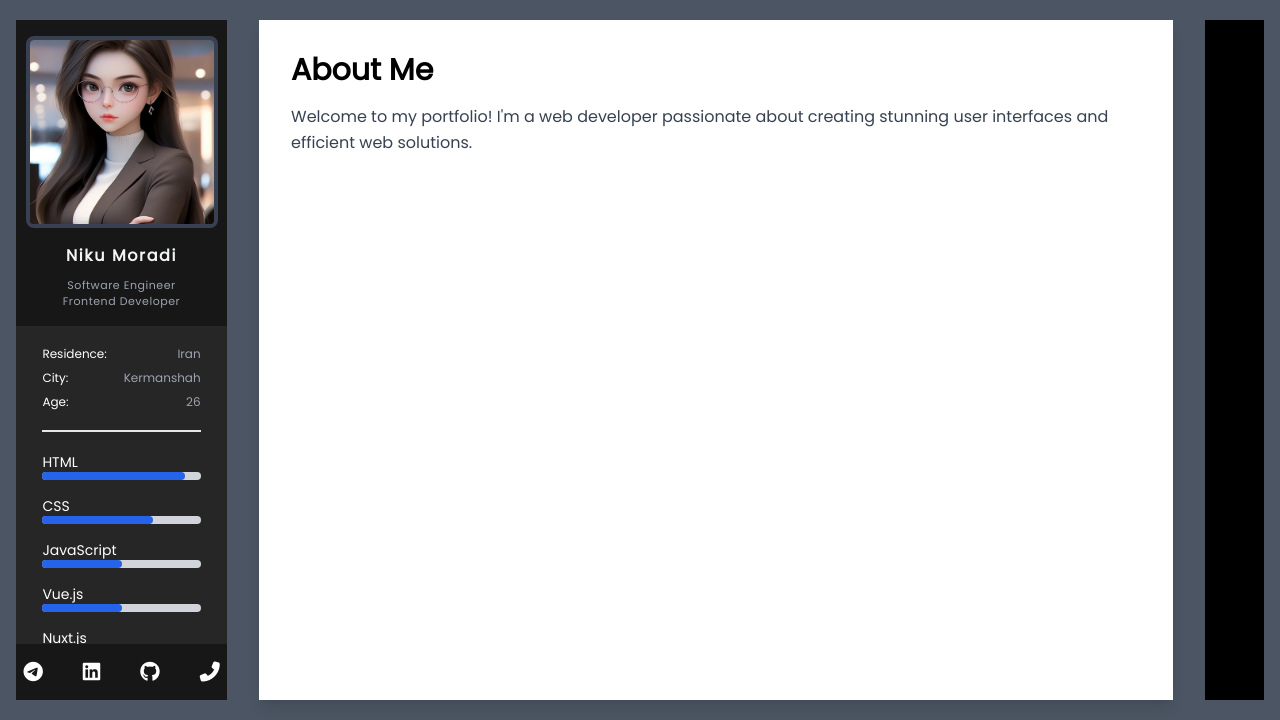
Repository: NikuMoradi/niku-moradi
Page: /
These files come from the project's save history. The page is drawn as it stood at one moment and after the next save; the edit follows.
The browser window is 1280 px wide. The pictures show the whole page.
The project was rebuilt for these pictures with package versions that can differ from the ones it lists, and the page was loaded fresh each time. The framework's server and built-in components were replaced by stand-ins that run in the browser. Also part of the build but not shown: nuxt.config.ts, components/Blog Posts/Component-Design.vue, components/Blog.vue, components/Contact.vue, components/Education.vue, components/Experience.vue, components/Hero.vue, components/Menu.vue and 3 more.

Above is the page before, as saved 2024-11-29 11:59:23.

### assets/css/main.css
@tailwind base;
@tailwind components;
@tailwind utilities;

body {
  /* From https://css.glass */
  background: #ffffff;
  font-family: "Poppins", sans-serif;
}

@layer utilities {
}

### components/LeftPanel.vue
<template>
  <div
    class="bg-neutral-800 text-white w-72 flex flex-col items-center"
    style="height: calc(100vh - 40px)"
  >
    <!-- Header-->
    <div
      class="w-full py-4 flex flex-col items-center justify-center bg-neutral-900"
    >
      <img
        src="../assets/img/photo_2024-11-28_10-37-05.jpg"
        alt="Profile Picture"
        class="w-48 h-48 mb-5 rounded-lg border-4 border-gray-700 object-cover object-center"
      />
      <h2
        class="text-gray-100 text-[16px] font-semibold tracking-widest leading-[16.8px] mb-3"
      >
        Niku Moradi
      </h2>
      <p
        class="text-gray-400 text-[11px] font-light tracking-wider leading-[16.5px]"
      >
        Software Engineer
      </p>
      <p
        class="text-gray-400 text-[11px] font-light tracking-wider leading-[16.5px]"
      >
        Frontend Developer
      </p>
    </div>

    <div class="w-3/4 flex flex-col overflow-y-auto scrollbar-hide">
      <!-- table -->
      <div class="py-5 text-xs">
        <ul class="space-y-2">
          <li class="flex justify-between">
            <h6>Residence:</h6>
            <span class="text-gray-400">Iran</span>
          </li>
          <li class="flex justify-between">
            <h6>City:</h6>
            <span class="text-gray-400">Kermanshah</span>
          </li>
          <li class="flex justify-between">
            <h6>Age:</h6>
            <span class="text-gray-400">26</span>
          </li>
        </ul>
      </div>
      <!-- divider -->
      <div class="w-full border border-t mb-5"></div>
      <!-- Skill Bars -->
      <div class="space-y-4 pb-5">
        <div>
          <label class="block text-sm">HTML</label>
          <div class="w-full bg-gray-300 h-2 rounded-full">
            <div class="bg-blue-600 h-2 rounded-full w-[90%]"></div>
          </div>
        </div>
        <div>
          <label class="block text-sm">CSS</label>
          <div class="w-full bg-gray-300 h-2 rounded-full">
            <div class="bg-blue-600 h-2 rounded-full w-[70%]"></div>
          </div>
        </div>
        <div>
          <label class="block text-sm">JavaScript</label>
          <div class="w-full bg-gray-300 h-2 rounded-full">
            <div class="bg-blue-600 h-2 rounded-full w-[50%]"></div>
          </div>
        </div>
        <div>
          <label class="block text-sm">Vue.js</label>
          <div class="w-full bg-gray-300 h-2 rounded-full">
            <div class="bg-blue-600 h-2 rounded-full w-[50%]"></div>
          </div>
        </div>
        <div>
          <label class="block text-sm">Nuxt.js</label>
          <div class="w-full bg-gray-300 h-2 rounded-full">
            <div class="bg-blue-600 h-2 rounded-full w-[40%]"></div>
          </div>
        </div>
        <div>
          <label class="block text-sm">Quasar</label>
          <div class="w-full bg-gray-300 h-2 rounded-full">
            <div class="bg-blue-600 h-2 rounded-full w-[70%]"></div>
          </div>
        </div>
        <div>
          <label class="block text-sm">Tailwind</label>
          <div class="w-full bg-gray-300 h-2 rounded-full">
            <div class="bg-blue-600 h-2 rounded-full w-[60%]"></div>
          </div>
        </div>
        <div>
          <label class="block text-sm">Git</label>
          <div class="w-full bg-gray-300 h-2 rounded-full">
            <div class="bg-blue-600 h-2 rounded-full w-[40%]"></div>
          </div>
        </div>
      </div>
    </div>

    <!-- Social Links -->
    <div class="w-full py-4 text-center mt-auto bg-neutral-900 text-white">
      <div class="space-x-10">
        <a
          href="https://t.me/yourusername"
          target="_blank"
          class="text-white hover:text-blue-400"
        >
          <i class="fab fa-telegram fa-lg"></i>
        </a>
        <a
          href="https://linkedin.com/in/yourusername"
          target="_blank"
          class="text-white hover:text-blue-600"
        >
          <i class="fab fa-linkedin fa-lg"></i>
        </a>
        <a
          href="https://github.com/yourusername"
          target="_blank"
          class="text-white hover:text-gray-700"
        >
          <i class="fab fa-github fa-lg"></i>
        </a>
        <a href="tel:+1234567890" class="text-white hover:text-green-400">
          <i class="fas fa-phone-alt fa-lg"></i>
        </a>
      </div>
    </div>
  </div>
</template>

### components/RightPanel.vue
<template>
  <div class="bg-black w-20" style="height: calc(100vh - 40px)"></div>
</template>

### layouts/default.vue
<template>
  <div
    class="flex justify-center items-center min-h-screen bg-gray-600 px-4 space-x-8"
  >
    <LeftPanel />

    <!-- Fixed Width Centered Card -->
    <div
      class="bg-white shadow-lg w-full max-w-5xl overflow-hidden"
      style="height: calc(100vh - 40px)"
    >
      <!-- Scrollable Content -->
      <div class="overflow-y-auto h-full scrollbar-hide">
        <NuxtPage />
      </div>
    </div>
    <!-- Right Panel -->
    <RightPanel />
  </div>
</template>

<style>
/* Add any custom global styles here */
body {
  background: linear-gradient(to bottom, #f0f0f0, #d0d0d0);
}
</style>

### app.vue
<!-- The app.vue is just holding the layout container and serving as the root.
 The default.vue layout handles the overall structure of the page.
All content from your pages will automatically be placed inside the NuxtPage slot of the layout.-->
<template>
  <NuxtLayout />
</template>

### pages/index.vue
<template>
  <div class="p-8">
    <h1 class="text-3xl font-bold mb-4">About Me</h1>
    <p class="text-gray-700 leading-relaxed">
      Welcome to my portfolio! I'm a web developer passionate about creating
      stunning user interfaces and efficient web solutions.
    </p>
  </div>
</template>

### tailwind.config.js
/** @type {import('tailwindcss').Config} */
export default {
  content: [
    "./components/**/*.{js,vue,ts}",
    "./layouts/**/*.vue",
    "./pages/**/*.vue",
    "./plugins/**/*.{js,ts}",
    "./app.vue",
    "./error.vue",
  ],
  theme: {
    extend: {},
  },
  plugins: [require("tailwind-scrollbar-hide")],
};

Loaded but not shown: plugins/aos.client.js (no copy from this time; the picture is the same without it)

After the next save:
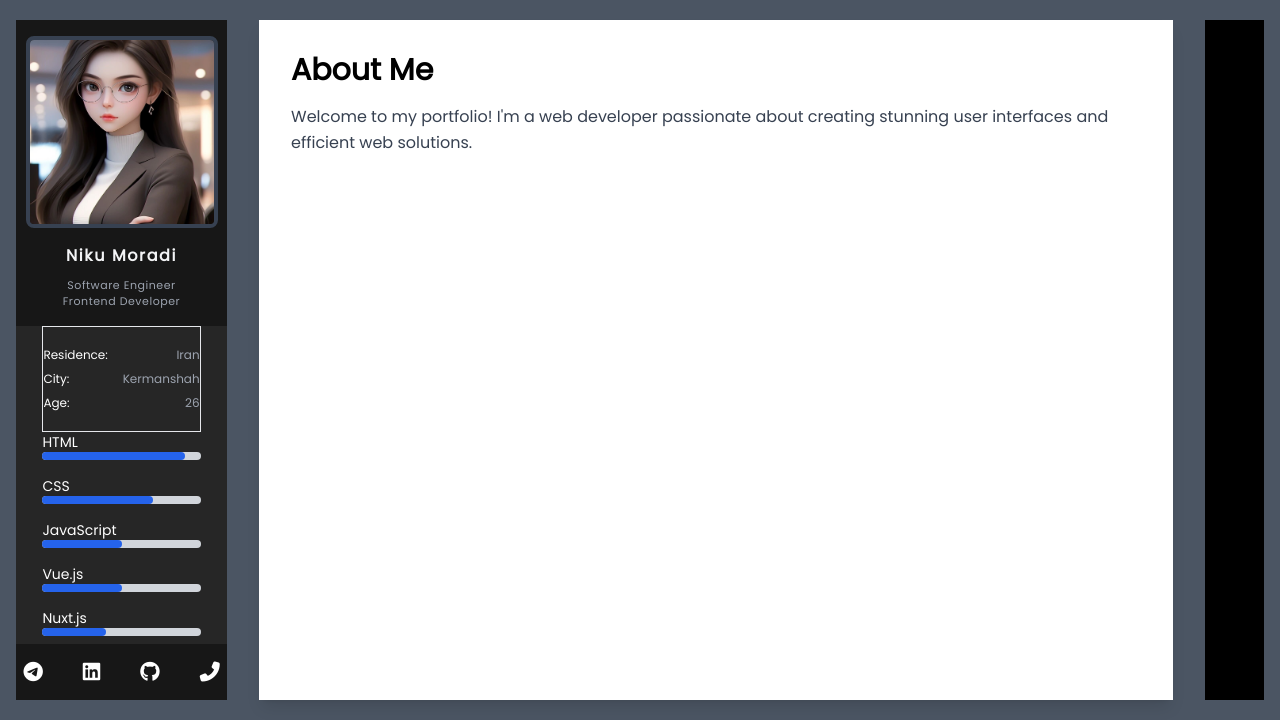
Saved 34 s later.
--- a/components/LeftPanel.vue
+++ b/components/LeftPanel.vue
@@ -31,7 +31,7 @@
 
     <div class="w-3/4 flex flex-col overflow-y-auto scrollbar-hide">
       <!-- table -->
-      <div class="py-5 text-xs">
+      <div class="py-5 text-xs border border-b">
         <ul class="space-y-2">
           <li class="flex justify-between">
             <h6>Residence:</h6>
@@ -48,7 +48,6 @@
         </ul>
       </div>
       <!-- divider -->
-      <div class="w-full border border-t mb-5"></div>
       <!-- Skill Bars -->
       <div class="space-y-4 pb-5">
         <div>
